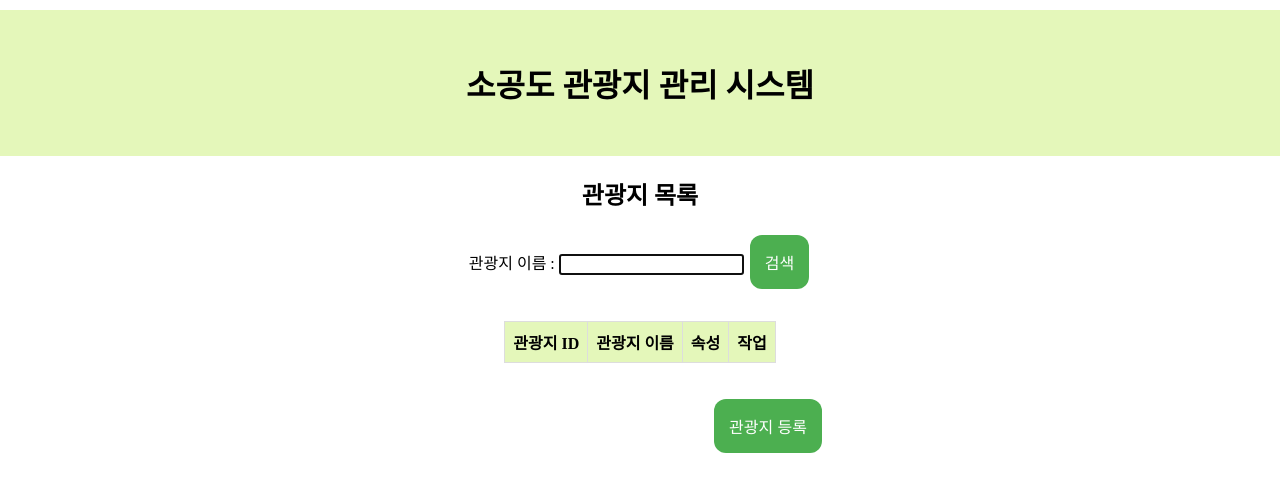
Repository: psyoongsc/SogongDo_Facility
Page: http://localhost/SogongDo_Management_System/TouristSite_Mgmt/InquireTouristSiteView.jsp
An editor plug-in stored every save of this project. The page is shown before and after the next save, followed by the edit.
The browser window is 1280 px wide. The pictures show the whole page.
The page is served by Tomcat 9. Nobody is signed in. The application's start-up code is not run. Other server files are loaded and not shown. The template is opened directly, without the code that normally fills it, so the values that code supplies are empty.

Above is the page before, as saved 2020-06-25 20:07:58.

### SogongDo_Management_System/WebContent/TouristSite_Mgmt/InquireTouristSiteView.jsp
<%--
    모듈 설계자 : 이희수

    검토자 : 박성용
    검토 날짜: 2020/06/12

    수정 일자 :
    수정 내용 :
--%>
<%@ page language="java" contentType="text/html; charset=UTF-8"
	pageEncoding="UTF-8"%>
	<%@ page import = "java.util.*" %>
	<%@ page import = "TouristSite_Mgmt.persistance.TouristSiteDTO" %>
<!DOCTYPE html>
<html>
<head>
<meta charset="EUC-KR">
<title>관광지 관리</title>
    <style>
		body{
		    margin: 0;
		    padding: 0;
		    text-align: center;
		}

		th, td {
		    padding: 8px;
		    text-align: center;
		    border-bottom: 1px solid;
		    border: 1px solid;
		}

		thead th{
		    background-color: #E4F7BA;
		}

		table {
		    position: relative;
		    margin: 10px 5px;
		    border-collapse: collapse;
		    display: inline-block;
		    overflow:auto;
		}

		tbody tr:hover {background-color:#f5f5f5;}

        th, td {
            border: 1px solid #ddd;
            border-collapse: collapse;
        }

        .bt {
            position: relative;
		    border-radius: 12px;
		    background-color: #4CAF50;
		    border: none;
		    color: white;
		    padding: 15px;
		    text-align: center;
		    text-decoration: none;
		    display: inline-block;
		    font-size: 16px;
		    margin: 4px 2px;
		    cursor: pointer;
        }
    </style>
</head>
<body>
<%@ include file="../head_banner.jsp" %>
	<form action="/SogongDo_Management_System/inquireTouristSite" , method="GET">
		<h2>관광지 목록</h2>
			<label>관광지 이름&nbsp;:&nbsp;<input type="text" name="name"
				autofocus></label>
			<button class="bt" type='submit'>검색</button>
			<br>
			<br>
			<table>
			<thead>
				<tr>
					<th>관광지 ID</th>
					<th>관광지 이름</th>
					<th>속성</th>
					<th>작업</th>
				</tr>
			</thead>
			<tbody>
				<%
					List<TouristSiteDTO> temp = (List<TouristSiteDTO>) request.getAttribute("tourist_site_list");
							if(temp !=null) {
								for (int i = 0; i < temp.size(); i++) {
				%>
					<tr>
						<td><%=temp.get(i).getTourist_site_id() %></td>
						<td><%=temp.get(i).getTourist_site_name() %></td>
						<td>
							<button class="bt" type="button"
								onclick="window.open('/SogongDo_Management_System/TouristSite/Attribute/view?tourist_site_id=<%=temp.get(i).getTourist_site_id() %>','관광지  속성 조회','width=450,height=400,location=no,status=no');">조회</button>
						</td>
						<td>
							<button class="bt" type="button"
								onclick="window.open('/SogongDo_Management_System/TouristSite_Mgmt/UpdateTouristSiteView.jsp?tourist_site_id=<%=temp.get(i).getTourist_site_id() %>&tourist_site_name=<%=temp.get(i).getTourist_site_name() %>','관광지 수정','width=450,height=200,location=no,status=no');">수정</button>
							<button class="bt" type="button"
								onclick="window.open('/SogongDo_Management_System/TouristSite_Mgmt/DeleteTouristSiteView.jsp?tourist_site_id=<%=temp.get(i).getTourist_site_id() %>&tourist_site_name=<%=temp.get(i).getTourist_site_name() %>','관광지 삭제','width=400,height=180,location=no,status=no');">삭제</button>
						</td>
					</tr>
					<%
						} }
					%>
			</tbody>
			</table>
	</form>
	<br>
	<button class="bt" style="left: 10%"
		onclick="window.open('/SogongDo_Management_System/TouristSite_Mgmt/RegisterTouristSiteView.jsp','관광지 등록','width=450,height=200,location=no,status=no');">관광지
		등록</button>
</body>

</html>

### SogongDo_Management_System/WebContent/head_banner.jsp
<%@ page language="java" contentType="text/html; charset=UTF-8"
    pageEncoding="UTF-8"%>
<!DOCTYPE html>
<html>
<head>
<meta charset="EUC-KR">
<title>Insert title here</title>
<style>
.bannerContainer {
	text-align: center;
}

.bannerTitle {
	font-size: xx-large;
	font-weight: bold;
	margin: 10px 0px;
	padding: 50px 0px;
	background-color: #E4F7BA;
}
</style>
</head>
<body>
	<div class="bannerContainer bannerTitle" onclick="location.href='/SogongDo_Management_System/index.jsp';">
		소공도 관광지 관리 시스템
	</div>
</body>
</html>

After the next save:
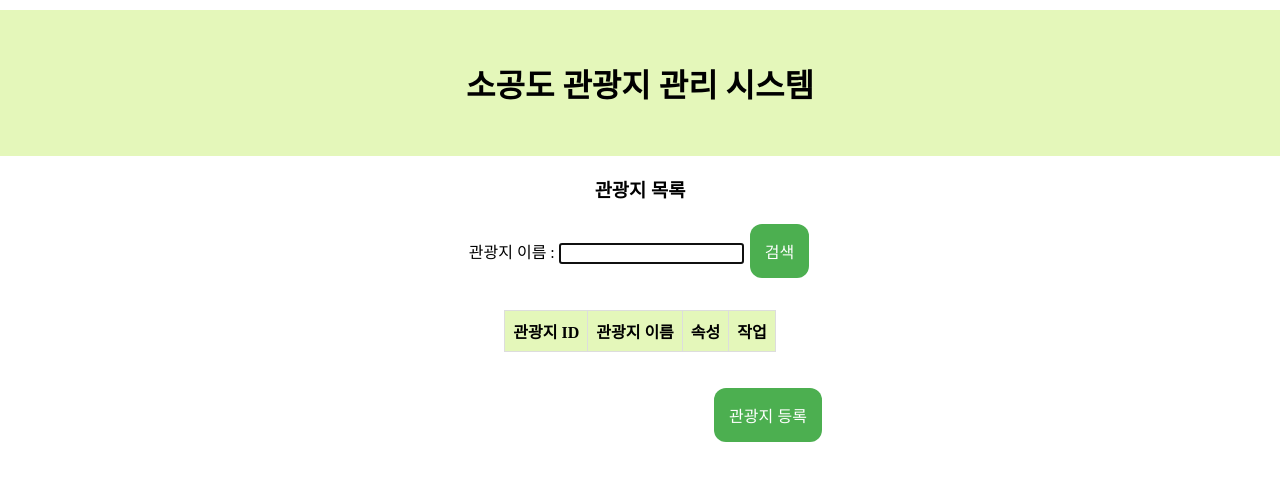
Saved 4 min 28 s later.
--- a/SogongDo_Management_System/WebContent/TouristSite_Mgmt/InquireTouristSiteView.jsp
+++ b/SogongDo_Management_System/WebContent/TouristSite_Mgmt/InquireTouristSiteView.jsp
@@ -68,7 +68,7 @@
 <body>
 <%@ include file="../head_banner.jsp" %>
 	<form action="/SogongDo_Management_System/inquireTouristSite" , method="GET">
-		<h2>관광지 목록</h2>
+		<h3>관광지 목록</h3>
 			<label>관광지 이름&nbsp;:&nbsp;<input type="text" name="name"
 				autofocus></label>
 			<button class="bt" type='submit'>검색</button>
